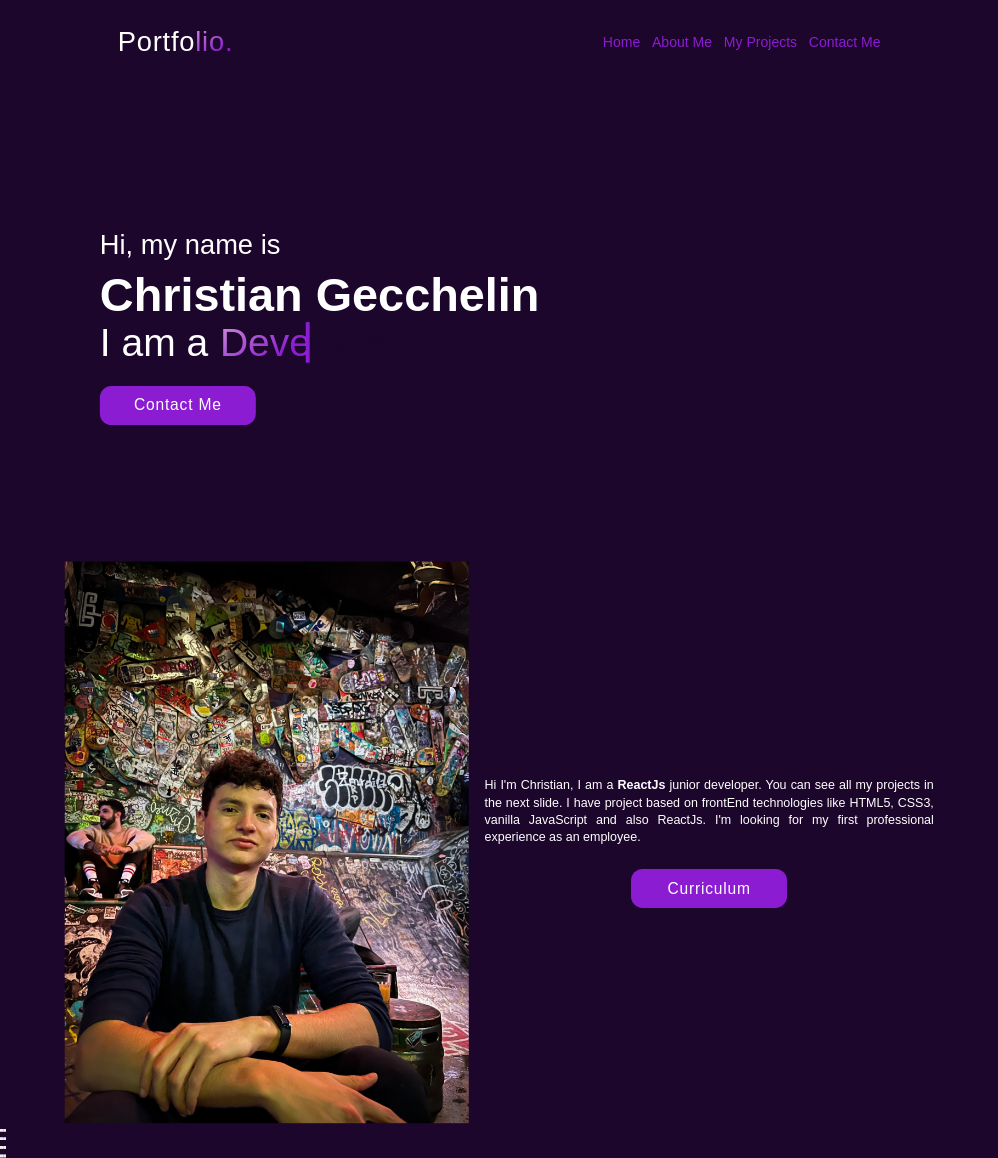
Repository: ChristianGecchelin/portfolio-web
Page: /
The author's editor kept a copy of each file at every save. The page is drawn from the files as they stood at one save, then again after the next save.
The browser window is 1280 px wide. The pictures show the whole page, at 78% of full size.
The project was rebuilt for these pictures with package versions that can differ from the ones it lists, and the page was loaded fresh each time.

Above is the page before, as saved 2022-01-21 12:16:11.

### public/index.html
<!DOCTYPE html>
<html lang="en">
  <head>
    <meta charset="utf-8" />
    <link rel="icon" href="%PUBLIC_URL%/favicon.ico" />
    <meta name="viewport" content="width=device-width, initial-scale=1" />
    <meta name="theme-color" content="#000000" />
    <meta name="description" content="Portfolio Online Christian Gecchelin" />
    <link rel="apple-touch-icon" href="%PUBLIC_URL%/logo192.png" />

    <link rel="manifest" href="%PUBLIC_URL%/manifest.json" />

    <title>Portfolio Christian</title>
  </head>
  <body>
    <noscript>You need to enable JavaScript to run this app.</noscript>
    <div id="root"></div>
  </body>
</html>

### src/index.js
import React from "react";
import ReactDOM from "react-dom";

import App from "./App/index";
import "./index.css";
ReactDOM.render(<App />, document.getElementById("root"));

### src/App/index.js
import { AppUI } from "./AppUI";
import "./App.css";

function App() {
  return <AppUI></AppUI>;
}

export default App;

### src/index.css
* {
  box-sizing: border-box;
  margin: 0;
  padding: 0;
}
html {
  font-size: 62.5%;
  font-family: "DM Sans", sans-serif;
}
body {
  background: #1d062b;
  width: 100%;
  height: 100vh;
}

### src/App/AppUI.js
import React from "react";
import { Header } from "../Header/Index.js";
import { Home } from "../Home/Index.js";
import { AboutMe } from "../AboutMe/index.js";
import { MyProjects } from "../MyProjects/index.js";
import "./App.css";

function AppUI() {
  return (
    <>
      <Header />
      <Home />
      <AboutMe />
      <MyProjects />
    </>
  );
}
export { AppUI };

### src/Header/Index.js
import React from "react";
import { NavBar } from "./NavBar";
import "./header.css";

function Header() {
  return (
    <header>
      <h1>
        Portfo<span>lio.</span>
      </h1>
      <NavBar />
    </header>
  );
}
export { Header };

### src/Home/Index.js
import React from "react";
import "./Home.css";
function Home() {
  return (
    <section className="Home-container">
      <div className="text-container">
        <p className="first-lineText">Hi, my name is</p>
        <p className="principal-lineText">Christian Gecchelin</p>
        <p className="secondary-lineText">
          I am a
          <div className="span-container">
            <span data-text="Developer">Developer </span>
          </div>
        </p>
      </div>
      <button type="button" className="contact-button">
        Contact Me
      </button>
    </section>
  );
}
export { Home };

### src/AboutMe/index.js
import React from "react";
import "./AboutMe.css";
import profile from "../Assets/profile.jpg";
function AboutMe() {
  return (
    <section className="AboutMe-container">
      <div className="image-container">
        <img
          className="image"
          src={profile}
          alt="Christian Gecchelin"
          title="Christian Gecchelin"
        ></img>
      </div>
      <div className="information-container">
        <p className="">
          Hi I'm Christian, I am a <b>ReactJs</b> junior developer. You can see
          all my projects in the next slide. I have project based on frontEnd
          technologies like HTML5, CSS3, vanilla JavaScript and also ReactJs.
          I'm looking for my first professional experience as an employee.
        </p>
        <button>Curriculum</button>
      </div>
    </section>
  );
}
export { AboutMe };

### src/MyProjects/index.js
import React from "react";

function MyProjects() {
  return (
    <section>
      <div>
        <image></image>
        <div>
          <h3></h3>
          <p></p>
          <p></p>
        </div>
        <div>
          <button></button>
          <button></button>
        </div>
      </div>
      <div>
        <image></image>
        <div>
          <h3></h3>
          <p></p>
          <p></p>
        </div>
        <div>
          <button></button>
          <button></button>
        </div>
      </div>
      <div>
        <image></image>
        <div>
          <h3></h3>
          <p></p>
          <p></p>
        </div>
        <div>
          <button></button>
          <button></button>
        </div>
      </div>
      <div>
        <image></image>
        <div>
          <h3></h3>
          <p></p>
          <p></p>
        </div>
        <div>
          <button></button>
          <button></button>
        </div>
      </div>
    </section>
  );
}
export { MyProjects };

### src/Header/NavBar/index.js
import React from "react";
import { MobileNavigation } from "./MobileNavigation";
import { Navigation } from "./Navigation";
import "./NavBar.css";
function NavBar() {
  return (
    <div className="NavBar">
      <MobileNavigation />
      <Navigation />
    </div>
  );
}
export { NavBar };

### src/Header/header.css
header {
  display: flex;
  flex-direction: row;
  justify-content: space-around;
  align-items: center;
  gap: 5%;
  width: 100%;
  height: 15vh;
}
header h1 {
  margin: 0;
  width: 20%;
  min-width: 200px;
  font-size: 3.5rem;
  letter-spacing: 1px;
  font-weight: 500;
  color: #fff;
}
header h1 span {
  background: linear-gradient(147deg, #ce93d8 0%, #8c1cd1 74%);
  background-clip: text;
  color: transparent;
  font-weight: 500;
}
@media (max-width: 750px) {
  header {
    justify-content: center;
    gap: 0;
  }
}

### src/Home/Home.css
.Home-container {
  position: relative;
  display: flex;
  flex-direction: column;
  justify-content: center;
  align-items: flex-start;
  width: 80%;
  min-width: 280px;
  height: 85vh;
  margin: 0 auto;
  gap: 30px;
}
.Home-container .text-container {
  display: flex;
  flex-direction: column;
  justify-content: center;
  align-items: flex-start;
  width: 100%;
  height: auto;
  text-align: center;
}
.Home-container .text-container .first-lineText {
  font-size: 3.5rem;
  font-weight: 500;
  line-height: 6rem;
  color: #fff;
}
.Home-container .text-container .principal-lineText {
  font-size: 6rem;
  font-weight: 700;
  color: #fff;
}
.Home-container .text-container .secondary-lineText {
  font-size: 5rem;
  font-weight: 500;
  color: #fff;
  line-height: 5.2rem;
}
.span-container {
  position: relative;
  display: inline-block;
  margin-left: 15px;
  height: 52px;
}
.Home-container .text-container .secondary-lineText span {
  /* color: #1d062b;
  -webkit-text-stroke: 0.3vw yellow; */
  color: #1d062b;
}
.Home-container .text-container .secondary-lineText span::before {
  content: attr(data-text);
  position: absolute;
  top: 0;
  left: 0px;
  width: 0;
  height: 100%;
  padding-right: 3.9px;
  background: linear-gradient(147deg, #ce93d8 0%, #8c1cd1 74%);
  background-clip: text;
  color: transparent;
  border-right: 5px solid #8c1cd1;
  overflow: hidden;
  animation: animate 6s linear infinite;
}
.Home-container .contact-button {
  outline: none;
  width: 200px;
  height: 50px;
  background: #8c1cd1;
  border: none;
  border-radius: 15px;
  color: white;
  font-size: 2rem;
  letter-spacing: 1px;
  cursor: pointer;
}
@keyframes animate {
  0%,
  10%,
  100% {
    width: 0%;
  }
  70%,
  90% {
    width: 100%;
  }
}
@media (max-width: 769px) {
  .Home-container {
    align-items: center;
  }
  .Home-container .text-container {
    align-items: center;
  }
}

### src/AboutMe/AboutMe.css
.AboutMe-container {
  display: flex;
  flex-direction: row;
  justify-content: center;
  align-items: center;
  flex-wrap: wrap;
  width: 90%;
  min-width: 300px;
  height: 100vh;
  margin: 0 auto;
}
.AboutMe-container .image-container {
  width: 50%;
  height: 50%;
  min-width: 320px;
}
.AboutMe-container .image-container .image {
  object-fit: cover;
  width: 100%;
  height: 100%;
}
.AboutMe-container .information-container {
  display: flex;
  flex-direction: column;
  justify-content: center;
  align-items: center;
  width: 50%;
  height: 50%;
  min-width: 320px;
  text-align: justify;
  gap: 30px;
}
.AboutMe-container .information-container p {
  font-size: 1.6rem;
  line-height: 2.2rem;
  font-weight: 400;
  color: #fff;
}
.AboutMe-container .information-container button {
  width: 200px;
  height: 50px;
  background: #8c1cd1;
  border: none;
  border-radius: 15px;
  color: white;
  font-size: 2rem;
  letter-spacing: 1px;
  cursor: pointer;
  margin: 0 auto;
}
@media (min-width: 750px) {
  .AboutMe-container {
    gap: 20px;
  }
  .AboutMe-container .image-container {
    width: 45%;
    height: 100%;
  }
  .AboutMe-container .information-container {
    height: 100%;
  }
}

### src/Header/NavBar/MobileNavigation.js
import React, { useState } from "react";
import "./NavBar.css";
import { NavLinks } from "./NavLinks";
import { TiThMenu } from "react-icons/ti";
function MobileNavigation() {
  const [open, setOpen] = useState(false);
  const closeMobileMenu = () => setOpen(false);
  return (
    <nav className="MobileNavigation">
      <TiThMenu className="hamburguer" onClick={() => setOpen(!open)} />
      {open && <NavLinks isMobile={true} closeMobileMenu={closeMobileMenu} />}
    </nav>
  );
}
export { MobileNavigation };

### src/Header/NavBar/Navigation.js
import React from "react";
import "./NavBar.css";
import { NavLinks } from "./NavLinks";
function Navigation() {
  return (
    <nav className="Navigation">
      <NavLinks />
    </nav>
  );
}
export { Navigation };

### src/Header/NavBar/NavBar.css
.NavBar .MobileNavigation {
  display: none;
}
.NavBar .Navigation {
  display: flex;
  align-items: center;
}
.NavBar nav ul {
  display: flex;
  flex-direction: row;
  justify-content: flex-end;
  gap: 15px;
  text-align: center;
  list-style: none;
}
.NavBar nav ul li a {
  font-size: 1.8rem;
  font-weight: 500;
  line-height: 2rem;
  text-decoration: none;
  color: #8c1cd1;
}
a:visited {
  color: #8c1cd1;
}
.NavBar nav ul li a:hover {
  color: #fff;
}
@media (max-width: 750px) {
  .NavBar .Navigation {
    display: none;
  }
  .NavBar .MobileNavigation {
    display: flex;
    align-items: center;
  }
  .NavBar .MobileNavigation .hamburguer {
    position: absolute;
    color: #fff;
    height: 2rem;
    width: 2rem;
    cursor: pointer;
    z-index: 2;
  }
  .NavBar nav ul {
    display: flex;
    flex-direction: column;
    justify-content: center;
    gap: 10px;
    position: absolute;
    margin: 0;
    top: 0;
    right: 0;
    width: 100%;
    height: 100vh;
    background: rgba(0, 0, 0, 0.95);
    text-align: center;
    z-index: 1;
  }
  .NavBar nav ul li a {
    font-size: 2.4rem;
    font-weight: 500;
    line-height: 2.5rem;
    text-decoration: none;
    letter-spacing: 1px;
  }
  a:visited {
    color: #8c1cd1;
  }
}

### src/Header/NavBar/NavLinks.js
import React from "react";
import "./NavBar.css";
import { motion } from "framer-motion";
function NavLinks(props) {
  const animateFrom = { opacity: 0, y: -40 };
  const animateTo = { opacity: 1, y: 0 };
  return (
    <ul>
      <motion.li
        initial={animateFrom}
        animate={animateTo}
        transition={{ delay: 0.05 }}
        onClick={() => props.isMobile && props.closeMobileMenu()}
      >
        <a href="#home">Home</a>
      </motion.li>
      <motion.li
        initial={animateFrom}
        animate={animateTo}
        transition={{ delay: 0.1 }}
        onClick={() => props.isMobile && props.closeMobileMenu()}
      >
        <a href="#aboutMe">About Me</a>
      </motion.li>
      <motion.li
        initial={animateFrom}
        animate={animateTo}
        transition={{ delay: 0.2 }}
        onClick={() => props.isMobile && props.closeMobileMenu()}
      >
        <a href="#myProjects">My Projects</a>
      </motion.li>
      <motion.li
        initial={animateFrom}
        animate={animateTo}
        transition={{ delay: 0.3 }}
        onClick={() => props.isMobile && props.closeMobileMenu()}
      >
        <a href="#contactMe">Contact Me</a>
      </motion.li>
    </ul>
  );
}
export { NavLinks };

Loaded but not shown: src/App/App.css (common file)

After the next save:
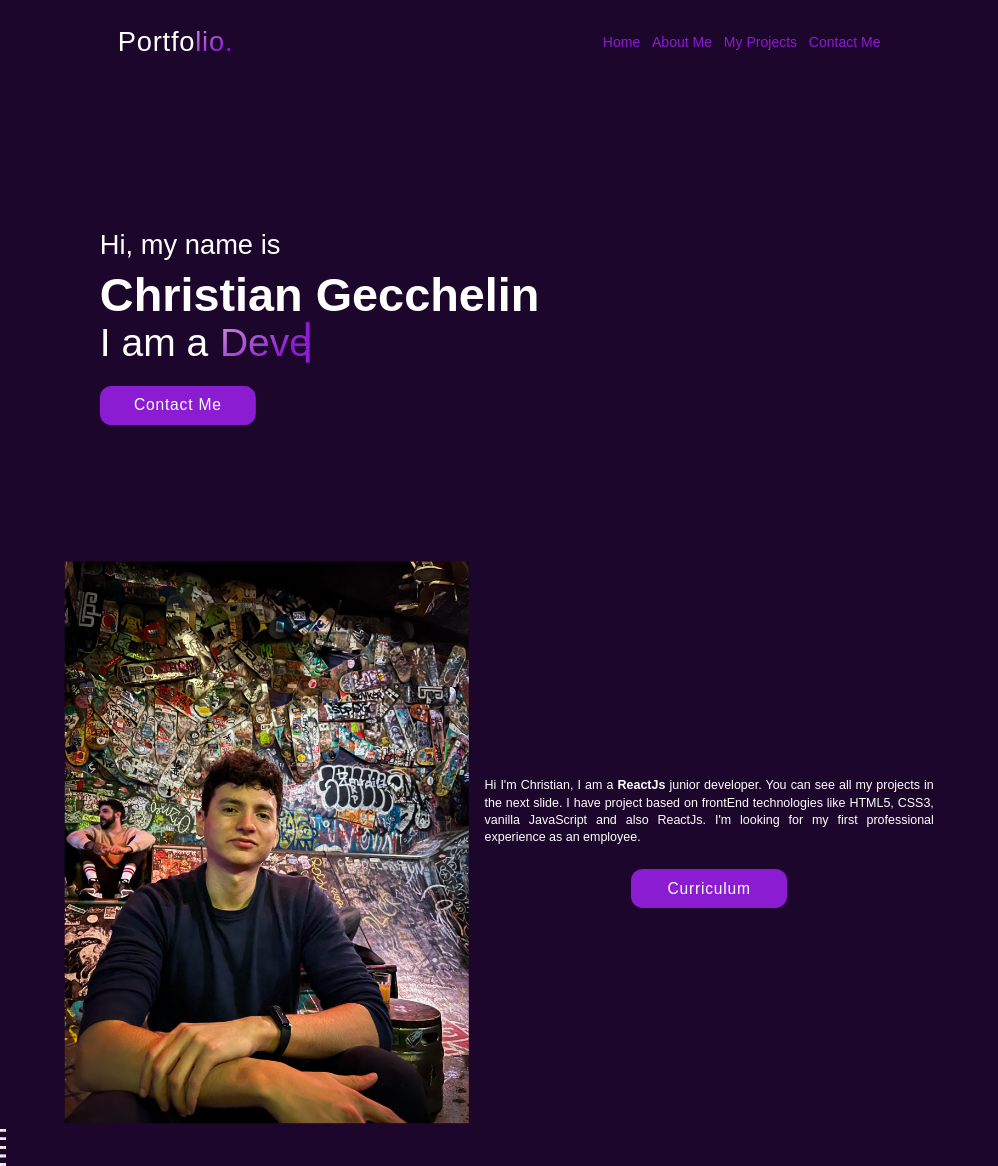
Saved 7 s later.
--- a/src/MyProjects/index.js
+++ b/src/MyProjects/index.js
@@ -51,6 +51,18 @@
           <button></button>
         </div>
       </div>
+      <div>
+        <image></image>
+        <div>
+          <h3></h3>
+          <p></p>
+          <p></p>
+        </div>
+        <div>
+          <button></button>
+          <button></button>
+        </div>
+      </div>
     </section>
   );
 }
